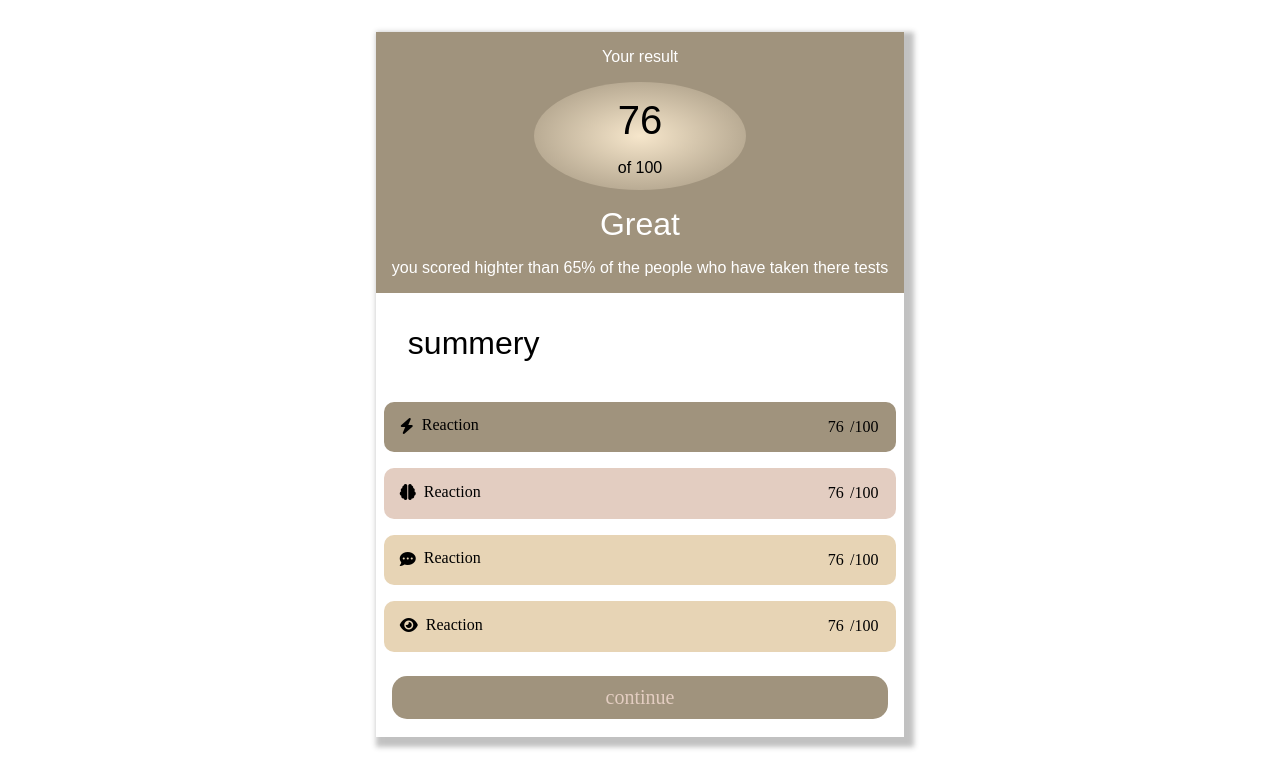
Repository: rahanwz/Card2-raha
Page: card2.html
These files come from the project's save history. The page is drawn as it stood at one moment and after the next save; the edit follows.
The browser window is 1280 px wide. The pictures show the whole page.
Some web fonts or font styles are not loaded; a fallback is used. Some web libraries are served in a nearby version.

Above is the page before, as saved 2024-02-21 16:39:44.

### card2.html
<!DOCTYPE html>
<html lang="en">
  <head>
    <meta charset="UTF-8" />
    <meta name="viewport" content="width=device-width, initial-scale=1.0" />
    <title>Document</title>
    <link rel="stylesheet" href="card2.css" />
    <script src="https://kit.fontawesome.com/7f69033cb8.js" crossorigin="anonymous"></script>

   <link rel="preconnect" href="https://fonts.googleapis.com">
<link rel="preconnect" href="https://fonts.gstatic.com" crossorigin>
<link href="https://fonts.googleapis.com/css2?family=Josefin+Sans:ital,wght@0,100..700;1,100..700&family=Protest+Riot&display=swap" rel="stylesheet">

</head>
  <body>
    <div class="container">
      <div class="card_container">
        <div class="top_card">
          <p style="color: #fff; font-family:Protest Riot, sans-serif;
  font-weight: 400;
  font-style: normal;">Your result</p>
          <div class="present">
            <p>76</p>
            <p>of 100</p>
          </div>
          <p style="padding-top: 1rem; color: #fff; font-family:Protest Riot, sans-serif;
  font-weight:300;
  font-style: normal;font-size: 2rem;">Great</p>
          <p class="describ" style="color: #fff">
            you scored highter than 65% of the people who have taken there tests
          </p>
        </div>
        <div class="bottom_card">
          <p style="padding: 2rem; font-family:Protest Riot, sans-serif;
  font-weight: 400;
  font-style: normal;
  font-size: 2rem;">summery</p>
          <div class="box box1">
            <p
              style="
                border-top-left-radius: 10px;
                border-bottom-left-radius: 10px;
              "
            >
             <i class="fa-solid fa-bolt"></i> <span style="padding-top: .4rem;">Reaction</span>
            </p>
            <div class="number">
              <p
                style="
                  border-top-right-radius: 10px;
                  border-bottom-right-radius: 10px;
                  padding-top: 1rem;
                "
              >
                <span style="width: 50%; padding: 1rem; margin-top: -1rem"
                  >76</span
                ><span>/</span>100
              </p>
            </div>
          </div>
          <div class="box box2">
            <p
              style="
                border-top-left-radius: 10px;
                border-bottom-left-radius: 10px;

              "
            >
              <i class="fa-solid fa-brain icon"></i><span style="padding-top: .4rem;">Reaction</span>
            </p>
            <div class="number">
              <p
                style="
                  border-top-right-radius: 10px;
                  border-bottom-right-radius: 10px;
                   padding-top: 1rem;
                "
              >
                <span style="width: 50%; padding: 1rem; margin-top: -1rem"
                  >76</span
                ><span>/</span>100
              </p>
            </div>
          </div>

          <div class="box box3">
            <p
              style="
                border-top-left-radius: 10px;
                border-bottom-left-radius: 10px;

              "
            >
              <i class="fa-solid fa-comment-dots"></i> <span style="padding-top: .4rem;">Reaction</span>
            </p>
            <div class="number">
              <p
                style="
                  border-top-right-radius: 10px;
                  border-bottom-right-radius: 10px;
                   padding-top: 1rem;
                "
              >
                <span style="width: 50%; padding: 1rem; margin-top: -1rem"
                  >76</span
                ><span>/</span>100
              </p>
            </div>
          </div>
          <div class="box box3">
            <p
              style="
                border-top-left-radius: 10px;
                border-bottom-left-radius: 10px;

              "
            >
              <i class="fa-solid fa-eye"></i> <span style="padding-top: .4rem;">Reaction</span>
            </p>
            <div class="number">
              <p
                style="
                  border-top-right-radius: 10px;
                  border-bottom-right-radius: 10px;
                   padding-top: 1rem;
                "
              >
                <span style="width: 50%; padding: 1rem; margin-top: -1rem"
                  >76</span
                ><span>/</span>100
              </p>
            </div>
          </div>
        </div>
        <div class="box5">
          <a href="#">continue</a>
        </div>
      </div>
    </div>
  </body>
</html>

### card2.css
* {
  padding: 0;
  margin: 0;
  box-sizing: border-box;
}
body {
  display: flex;
  justify-content: center;
}
.container {
  padding: 2rem;
}
.card_container {
  box-shadow: 5px 5px 5px 5px #3e3e3e51;
}

.card_container {
  text-align: center;
  width: 100%;
}

.top_card :first-child {
  padding: 1rem;
}
.present :first-child {
  font-size: 2.5rem;

}

.present {
  height:15vh;
  width: 40%;
  border-radius: 100%;
  background: radial-gradient(#f6e6cb, #a0937d);
  margin: auto;
font-family: "Protest Riot", sans-serif;
  font-weight: 400;
  font-style: normal;
}
.describ {
  padding: 1rem;
  font-family: "Protest Riot", sans-serif;
  font-weight: 400;
  font-style: normal;

}

.top_card {
  background-color: #a0937d;
}

.bottom_card :first-child {
  padding:.5rem;
  display: flex;

}

.bottom_card .box {
  display: flex;
  padding: 0.5rem;
}

.box1 p {
  background-color: #a0937d;
  width: 100%;
  height:7vh;
  padding-right: 1rem;
}

.box2 p {
  background: #e3cdc1;
  width: 100%;
  height:7vh;
  padding-right: 1rem;
}
.box3 p {
  background: #e7d4b5;
  padding-right: 1rem;
  width: 100%;
  height:7vh;
}
.box4 p {
  background: #f6e6cb;
  width: 100%;
  height:7vh;
  padding-right: 1rem;
}

.number {
  display: flex;
}

a {
  align-items: center;
  height: 6vh;
  display: flex;
  margin: 1rem;
  justify-content: center;
  background-color: #a0937d;
  text-decoration: none;
  border-radius: 15px;
  font-size: 20px;
  color: #e3cdc1;
}

.box5 {
  height: 8.6vh;
  padding: auto;
}

After the next save:
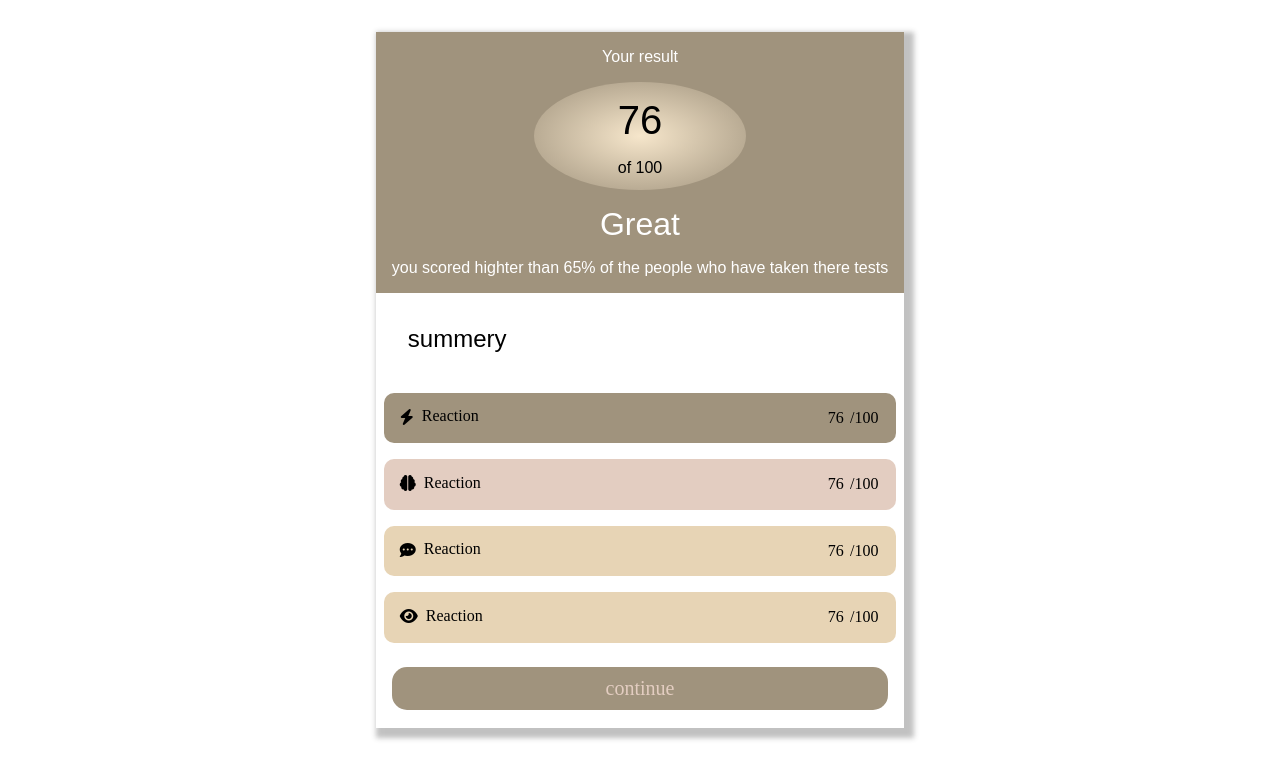
Saved 12 s later.
--- a/card2.html
+++ b/card2.html
@@ -34,7 +34,7 @@
           <p style="padding: 2rem; font-family:Protest Riot, sans-serif;
   font-weight: 400;
   font-style: normal;
-  font-size: 2rem;">summery</p>
+  font-size:1.5rem;">summery</p>
           <div class="box box1">
             <p
               style="
